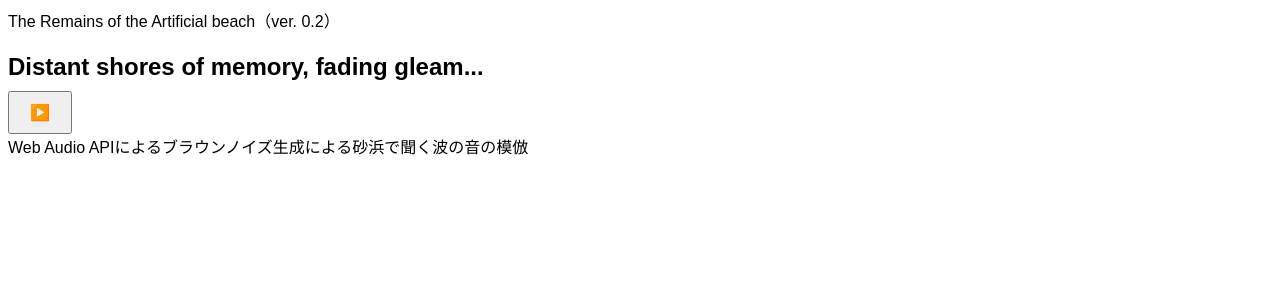
Repository: kimihiro-abe/GuuPun
Page: http://localhost/the_remains_of_the_artificial_beach/index
These files come from the project's save history. The page is drawn as it stood at one moment and after the next save; the edit follows.
The browser window is 1280 px wide. The pictures show the whole page.
The page is this project's Thymeleaf template; nobody is signed in. The template is opened directly, without the code that normally fills it, so the values that code supplies are empty.

Above is the page before, as saved 2025-04-25 16:11:00.

### GuuPun/src/main/resources/templates/the_remains_of_the_artificial_beach/index.html
<!DOCTYPE html>
<html xmlns:th="http://www.thymeleaf.org">
<head>
	<meta charset="UTF-8">
	<title>The Remains of the Artificial beach</title>

	<link href="/css/the_remains_of_the_artificial_beach.css" th:href="@{/css/the_remains_of_the_artificial_beach.css}" rel="stylesheet">

    <link rel="preconnect" href="https://fonts.googleapis.com">
	<link rel="preconnect" href="https://fonts.gstatic.com" crossorigin>
    <link href="https://fonts.googleapis.com/css2?family=Noto+Serif+JP:wght@200..900&display=swap" rel="stylesheet">
</head>

<body>
  <div>The Remains of the Artificial beach（ver. 0.2）</div>
  <h1 th:text="${title}"
	title="This is an artificial beach in a virtual space. &#x1F607">The Remains of the Artificial beach</h1>

  <!-- <h2 id="message" th:class="${isPlaying ? 'fade-out' : 'fade-in'}">Distant shores of memory, fading gleam...</h2> -->
  <h2 id="message">Distant shores of memory, fading gleam...</h2>
  <!-- <button id="toggleButton" th:text="${isPlaying ? '&#x23f9;' : '&#x25b6;'}">play/stop</button> -->
  <button id="toggleButton" >▶️</button>
  <div>Web Audio APIによるブラウンノイズ生成による砂浜で聞く波の音の模倣</div>


  <script th:src="@{/js/the_remains_of_the_artificial_beach.js?v=1}"></script>
</body>
</html>

### GuuPun/src/main/resources/static/css/the_remains_of_the_artificial_beach.css
body {
	font-family: "Noto Serif Japanese", sans-serif;
}

button { padding: 10px 20px; font-size: 16px; }
#message {
  opacity: 1; /* 弶婜昞帵 */
  transition: opacity 2s ease-in-out; /* 僼僃乕僪傾僂僩/僀儞偺僩儔儞僕僔儑儞 */
  margin-bottom: 10px; /* 儃僞儞偲偺娫妘 */
}
.fade-out {
  opacity: 0;
}
.fade-in {
  opacity: 1;
}
.hidden {
  display: none; /* 傾僯儊乕僔儑儞屻偵姰慡偵旕昞帵偵偡傞応崌 */
}

### GuuPun/src/main/resources/static/js/the_remains_of_the_artificial_beach.js
// "the_remains_of_the_artificial_beach" sound generate
const audioContext = new (window.AudioContext || window.webkitAudioContext)();
let noiseSource = null;
let gainNode = null;
let lowpassFilter = null;
// let isPlaying = false;
let fadeLoopTimer = null;

const minGain = Math.pow(10, -32 / 20); // -30dB
const maxGain = Math.pow(10, -14 / 20); // -12dB
const fadeInDuration = 5;
const fadeOutDuration = 8;
const lowpassFrequency = 12000;

// Button
const toggleButton = document.getElementById('toggleButton');
const messageElement = document.getElementById('message');
let isPlaying = /*[[${isPlaying == null ? false : isPlaying}]]*/ false; // Thymeleafから初期値を設定


// Button processing
document.getElementById('toggleButton').addEventListener('click', async () => {
  // AudioContextが一時停止している場合は再開
  if (audioContext.state === 'suspended') {
    await audioContext.resume();
  }

  if (!isPlaying) {
    startWaveSound();
    document.getElementById('toggleButton').textContent = '⏹️';
    isPlaying = true;
  } else {
    stopWaveSound();
    document.getElementById('toggleButton').textContent = '▶️';
    isPlaying = false;
  }
});


/*
toggleButton.addEventListener('click', () => {
    isPlaying = !isPlaying;
    if (isPlaying) {
        toggleButton.textContent = '停止';
        messageElement.classList.add('fade-out');
        messageElement.classList.remove('fade-in');
        // (波の音再生処理)
    } else {
        toggleButton.textContent = '再生';
        messageElement.classList.remove('fade-out');
        messageElement.classList.add('fade-in');
        // (波の音停止処理)
    }
});
*/

// generate BrownNoise
function generateBrownNoiseBuffer(duration) {
  const bufferSize = audioContext.sampleRate * duration;
  const buffer = audioContext.createBuffer(1, bufferSize, audioContext.sampleRate);
  const data = buffer.getChannelData(0);
  let lastOut = 0.0;
  for (let i = 0; i < bufferSize; i++) {
    const white = Math.random() * 2 - 1;
    data[i] = (lastOut + (0.02 * white)) / 1.02;
    lastOut = data[i];
    data[i] *= 3.5;
  }
  return buffer;
}

function startWaveSound() {
  noiseSource = audioContext.createBufferSource();
  const buffer = generateBrownNoiseBuffer(2);
  noiseSource.buffer = buffer;
  noiseSource.loop = true;

  gainNode = audioContext.createGain();
  gainNode.gain.value = minGain;

  lowpassFilter = audioContext.createBiquadFilter();
  lowpassFilter.type = 'lowpass';
  lowpassFilter.frequency.value = lowpassFrequency;

  // ノード接続
  noiseSource.connect(gainNode);
  gainNode.connect(lowpassFilter);
  lowpassFilter.connect(audioContext.destination);
  noiseSource.start();

  // --- ゆらぎ（音量） ---
  const volumeLFO = audioContext.createOscillator();
  const volumeLFOGain = audioContext.createGain();
  volumeLFO.frequency.value = 0.07;
  volumeLFOGain.gain.value = 0.03;
  volumeLFO.connect(volumeLFOGain);
  volumeLFOGain.connect(gainNode.gain);
  volumeLFO.start();

  // --- フィルター変化 ---
  const filterLFO = audioContext.createOscillator();
  const filterLFOGain = audioContext.createGain();
  filterLFO.frequency.value = 0.05;
  filterLFOGain.gain.value = 500;
  filterLFO.connect(filterLFOGain);
  filterLFOGain.connect(lowpassFilter.frequency);
  filterLFO.start();

  loopFade(); // ←もともとのフェードのループ処理
}

function loopFade() {
  const now = audioContext.currentTime;
  const fadeInEnd = now + fadeInDuration;
  const fadeOutEnd = fadeInEnd + fadeOutDuration;

  gainNode.gain.cancelScheduledValues(now);
  gainNode.gain.setValueAtTime(minGain, now); // 開始音量

  gainNode.gain.linearRampToValueAtTime(maxGain, fadeInEnd);      // フェードイン
  gainNode.gain.linearRampToValueAtTime(minGain, fadeOutEnd);     // フェードアウト

  fadeLoopTimer = setTimeout(() => {
    if (isPlaying) {
      loopFade(); // ループ継続
    }
  }, (fadeInDuration + fadeOutDuration) * 1000);
}

function stopWaveSound() {
  if (fadeLoopTimer) {
	clearTimeout(fadeLoopTimer);
	fadeLoopTimer = null;
  }

  const now = audioContext.currentTime;

  if (gainNode) {
	// 現在の音量を取得して、そこから5秒かけてゼロにフェードアウト
	const currentGain = gainNode.gain.value;

	gainNode.gain.cancelScheduledValues(now);
	gainNode.gain.setValueAtTime(currentGain, now); // 現在音量からスタート
	gainNode.gain.linearRampToValueAtTime(0, now + 5); // 5秒かけてゼロに

	// 音源の停止は5.1秒後にスケジュール（フェード完了後）
	if (noiseSource) {
	  try {
		noiseSource.stop(now + 5.1);
	  } catch (e) {
		console.warn("Already stopped:", e);
	  }
	}

	// フィルター＆ノードのクリーンアップはあとから
	setTimeout(() => {
	  if (noiseSource) {
		noiseSource.disconnect();
		noiseSource = null;
	  }
	  if (gainNode) {
		gainNode.disconnect();
		gainNode = null;
	  }
	  if (lowpassFilter) {
		lowpassFilter.disconnect();
		lowpassFilter = null;
	  }
	}, 5200);
  }
}

After the next save:
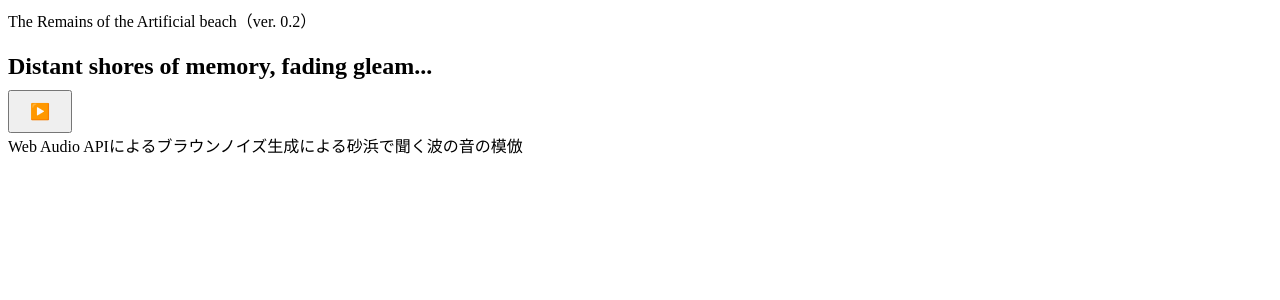
Saved 18 s later.
--- a/GuuPun/src/main/resources/static/css/the_remains_of_the_artificial_beach.css
+++ b/GuuPun/src/main/resources/static/css/the_remains_of_the_artificial_beach.css
@@ -1,5 +1,5 @@
 body {
-	font-family: "Noto Serif Japanese", sans-serif;
+	font-family: "Noto Serif Japanese", serif;
 }
 
 button { padding: 10px 20px; font-size: 16px; }
